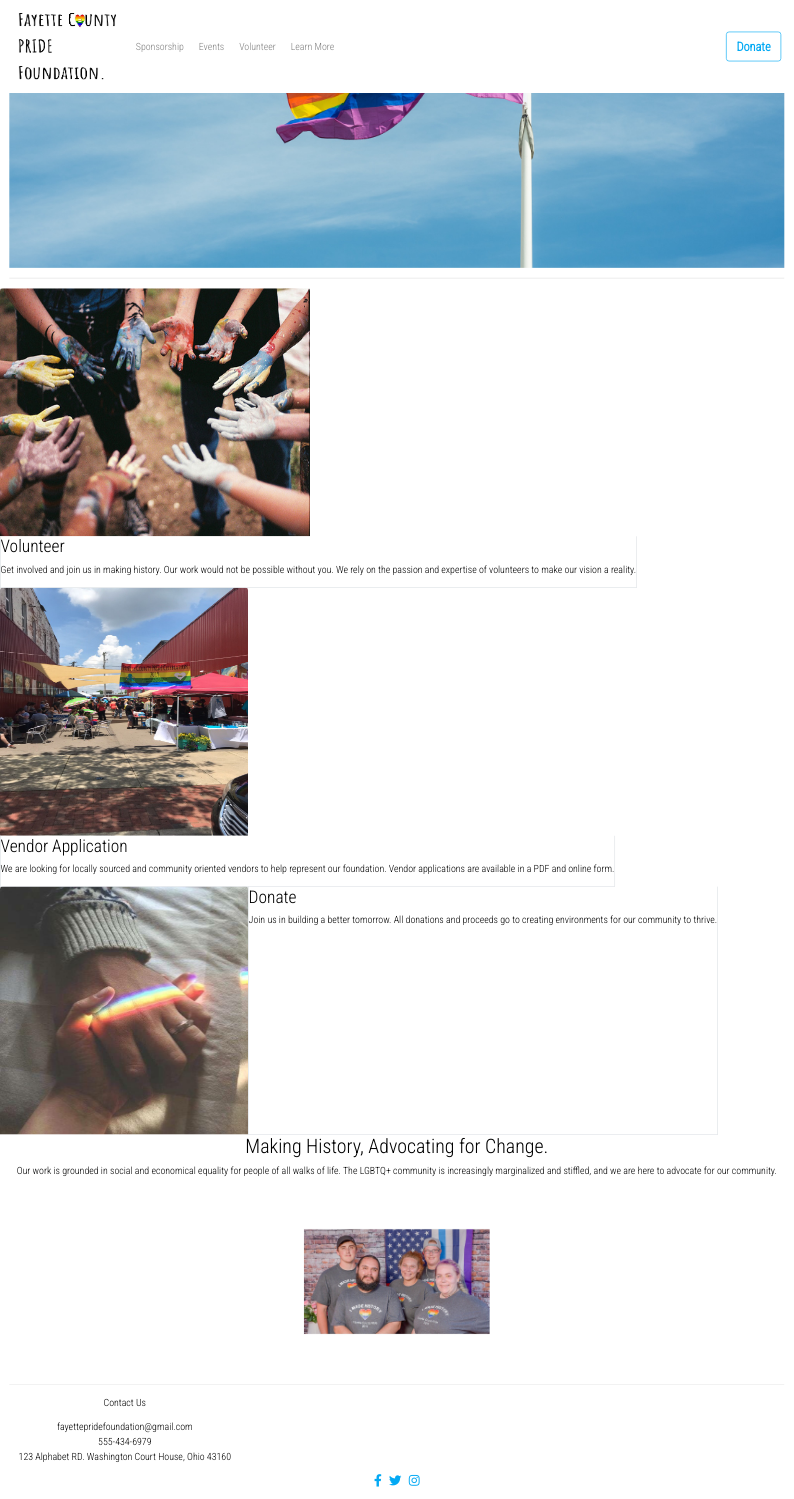
Repository: Code-Institute-Submissions/https-github.com-callendera-Milestone-Project-2
Page: index.html
The author's editor kept a record of every edit. The page is drawn from the files as they stood at one moment, then again after the next edit.
The browser window is 1280 px wide. The pictures show the whole page, at 62% of full size.
Backgrounds fixed to the window are drawn as part of the page. Some web libraries are served in a nearby version.

Above is the page before.

### index.html
<!DOCTYPE html>
<html lang="en">

<head>
    <meta charset="UTF-8">
    <meta name="viewport" content="width=device-width, initial-scale=1.0">
    <meta http-equiv="X-UA-Compatible" content="ie=edge">
    <title>Fayette County PRIDE</title>


    <link href="https://fonts.googleapis.com/css?family=Amatic+SC:700|Roboto+Condensed:300&display=swap" rel="stylesheet">

    <!--this code provides my Icons-->
    <link rel="stylesheet" href="https://use.fontawesome.com/releases/v5.8.1/css/all.css" integrity="sha384-50oBUHEmvpQ+1lW4y57PTFmhCaXp0ML5d60M1M7uH2+nqUivzIebhndOJK28anvf" crossorigin="anonymous">
    <!--this code allows me to use bootstrap styles and pieces of code-->
    <link rel="stylesheet" href="https://stackpath.bootstrapcdn.com/bootstrap/4.3.1/css/bootstrap.min.css" integrity="sha384-ggOyR0iXCbMQv3Xipma34MD+dH/1fQ784/j6cY/iJTQUOhcWr7x9JvoRxT2MZw1T" crossorigin="anonymous">

    <!--links to my style sheet: style.css-->
    <link rel="stylesheet" href="assets/css/style.css" type="text/css" />

</head>

<body>
    <!--NavBar-->

    <!--Navbar styles are given by the class names. and the navbar is fixed at the top to allow a better UX-->


    <nav class="navbar navbar-light my-navbar navbar-expand-sm fixed-top">
        <a class="navbar-brand my-navbar-brand" href="#">
    <img src="assets/images/logo.jpg" width="175" height="125" class="d-inline-block align-top" alt="Fayette County PRIDE logo">
  </a>

        <!--this code allows my navbar tp be compressed into a navbar toggler on smaller screen sizes-->
        <button class="navbar-toggler ml-auto my-navbar-toggler" type="button" data-toggle="collapse" data-target="#navbarNavDropdown" aria-controls="navbarNavDropdown" aria-expanded="false" aria-label="Toggle navigation">
            <span class="navbar-toggler-icon my-navbar-toggler-icon"></span></button>


        <!--this code targets the toggler-->
        <div class="collapse navbar-collapse" id="navbarNavDropdown">
            <!--these are my links to navigate you through the site-->
            <ul class="navbar-nav my-navbar-nav mr-auto justify-content-center">
                <li class="nav-item mr-2"><a class="nav-link my-nav-link" href="//">Sponsorship</a></li>
                <li class="nav-item mr-2"><a class="nav-link my-nav-link" href="//">Events</a></li>
                <li class="nav-item mr-2"><a class="nav-link my-nav-link" href="//">Volunteer</a></li>
                <li class="nav-item mr-6"><a class="nav-link my-nav-link" href="contact.html">Learn More</a></li>
            </ul>
            <!--This code blocks the button and text from being shown on small screens, but appears on larger screen sizes-->
            <div class="d-none d-lg-block">
                <!--gives the viewer the oportunity to become a sponsor while still browsing the site-->

                <a href="contact.html"><button type="button" class="btn btn-lg my-nav-btn btn-success my-btn">Donate</button></a>
            </div>
        </div>
    </nav>
    <!--navbar-->

    <!--CallOut-->
    <!-- this div allows for a full width container, spanning the entire width of the viewport.-->
    <div class="container-fluid">


        <!--holds the background picture for the landing page-->

        <div class="col-12 callout-container">




        </div>
        <!--callout-->
        <hr>
        <!--Involved-->
        <div class="row">
            <img src="assets/images/rainbow.jpg" width="500" height="400" class="rounded-top float-right" alt="...">
            <span class="border-top-0 border">
                <h3>Volunteer</h3>
               <p>Get involved and join us in making history. Our work would not be possible without you. We rely on the passion and expertise of volunteers to make our vision a reality.</p>
            </span>
        </div>
        <div class="row">

            <img src="assets/images/day.png" width="400" height="400" class="rounded-top float-right" alt="...">
            <span class="border-top-0 border">
                <h3>Vendor Application</h3>
             <p>We are looking for locally sourced and community oriented vendors to help represent our foundation. Vendor applications are available in a PDF and online form.</p>
            </span>
        </div>
        <div class="row">
            <img src="assets/images/holding.jpg" width="400" height="400" class="rounded-top float-right" alt="...">
            <span class="border-top-0 border">
                <h3>Donate</h3>
                <p>Join us in building a better tomorrow. All donations and proceeds go to creating environments for our community to thrive.</p>
            </span>
        </div>
        <!--<div class="row">-->
        <!-- col-4 to make the 3 divs be in 3 columns for large and medium screens, col-12 for smaller screens to have each div on its own line-->
        <!--    <div class="col-12 my-icon">-->
        <!--        <a href="//"><i class="fas fa-hands-helping volunteer-icon"></i></a>-->
        <!--        <h3>Volunteer</h3>-->
        <!--        <p>Get involved and join us in making history. Our work would not be possible without you. We rely on the passion and expertise of volunteers to make our vision a reality.</p>-->
        <!--    </div>-->
        <!--    <div class="col-12 my-icon">-->
        <!--        <a href="//"><i class="fas fa-file"></i></a>-->
        <!--        <h3>Vendor Application</h3>-->
        <!--        <p>We are looking for locally sourced and community oriented vendors to help represent our foundation. Vendor applications are available in a PDF and online form.</p>-->
        <!--    </div>-->
        <!--    <div class="col-12 my-icon">-->
        <!--        <a href="//"><i class="fas fa-donate"></i></a>-->
        <!--        <h3>Donate</h3>-->
        <!--        <p>Join us in building a better tomorrow. All donations and proceeds go to creating environments for our community to thrive.</p>-->
        <!--    </div>-->
        <!--</div>-->

        <div class="row text-center">
            <div class="col-12 history-col">
                <h2>Making History, Advocating for Change.</h2>
                <p>Our work is grounded in social and economical equality for people of all walks of life. The LGBTQ+ community is increasingly marginalized and stiffled, and we are here to advocate for our community. </p>
            </div>
            <div class="col-12">
                <img src="assets/images/group.png" width="300" height="300" class="rounded" alt="">
            </div>
        </div>



        <!--involved-->
        <hr>

        <footer>
            <div class="row text-center">


                <div class="contact-container">
                    <!--entire section gives the user the info on how to contact the band-->
                    <div class="col-12">


                        <div class="col-12">
                            <p>Contact Us
                                <p>

                                    <p>fayettepridefoundation@gmail.com</br>
                                        555-434-6979</br>
                                        123 Alphabet RD. Washington Court House, Ohio 43160
                                        <p>

                        </div>


                    </div>
                </div>
                <div class="col-12 social-container">
                    <div>



                        <!--all social media links are placed within a span to allow them to line up inline-->
                        <ul class="list-inline social-media">
                            <!--atrribute is given to make the social media symbol a link to the facebook page-->
                            <li class="list-inline-item"><a href="//" target="_blank"><i class="fab fa-facebook-f"></i>
                    <span class="sr-only">Facebook</span></a></li>
                            <!--atrribute is given to make the social media symbol a link to the twitter page-->
                            <li class="list-inline-item"><a href="//" target="_blank"><i class="fab fa-twitter"></i>
                    <span class="sr-only">Twitter</span></a></li>
                            <!--atrribute is given to make the social media symbol a link to the youtube page-->
                            <li class="list-inline-item"><a href="//" target="_blank"><i class="fab fa-instagram"></i>
                    <span class="sr-only">Instagram</span></a></li>
                        </ul>
                    </div>
                </div>
            </div>
        </footer>
        <!--contactinfo-->
    </div>
    <!--script used for DOM manipulation in modal-->
    <script src="https://code.jquery.com/jquery-3.3.1.slim.min.js" integrity="sha384-q8i/X+965DzO0rT7abK41JStQIAqVgRVzpbzo5smXKp4YfRvH+8abtTE1Pi6jizo" crossorigin="anonymous"></script>

    <!--positioning engine, used throughout webpage-->
    <script src="https://cdnjs.cloudflare.com/ajax/libs/popper.js/1.14.7/umd/popper.min.js" integrity="sha384-UO2eT0CpHqdSJQ6hJty5KVphtPhzWj9WO1clHTMGa3JDZwrnQq4sF86dIHNDz0W1" crossorigin="anonymous"></script>

    <!--script needed to link my bootstrap classes-->
    <script src="https://stackpath.bootstrapcdn.com/bootstrap/4.3.1/js/bootstrap.min.js" integrity="sha384-JjSmVgyd0p3pXB1rRibZUAYoIIy6OrQ6VrjIEaFf/nJGzIxFDsf4x0xIM+B07jRM" crossorigin="anonymous"></script>

    </div>

</body>

</html>

### assets/css/style.css

/*--Background Styles--*/
body {
    font-family: 'Roboto Condensed', sans-serif;

    background-color: #ffffff;
    color: black;
}

.callout-container {
    /*--- sets background image for callout container. it is set to not repeat, so the image doesnt stretch, and the image will be centered horizontally and pushed to the top of the container. the background will also not scroll, but remained positioned so things will scroll past it---*/
    background: url("../images/flag.jpg")no-repeat center center fixed;
    /*--- adjusts background for different browsers ---*/
    -webkit-background-size: cover;
    -moz-background-size: cover;
    -o-background-size: cover;
    background-size: cover;

    /*--- makes the background fit to the container ---*/
    overflow: hidden;

    /*--- aligns and justifies text in container ---*/
    align-items: center;
    justify-content: center;
    /*--- the height that container will take up in the viewport ---*/
    height: 60vh;

}

.involved-container {
    color: black;
    padding-top: 500px;

    /*--- makes the background fit to the container ---*/
    overflow: hidden;

    /*--- aligns and justifies text in container ---*/
    align-items: center;
    justify-content: center;
    /*--- the height that container will take up in the viewport ---*/
    height: 60vh;

}

.opaque-overlay {
    /*---positioned relative to the nearest positioned ancestor---*/
    position: absolute;
    top: 0;
    left: 0;
    /*--- size of overlay to just cover background image ---*/
    height: 100%;
    width: 100%;
    /*--- color of background to be grey but almost transparent to make white text stand out ---*/
    background-color: rgba(0, 0, 0, 0.55);

    /*---pulls content forward to be visible on Z-index axis---*/
    z-index: 1;

}

/*--Navbar Styles--*/

.my-navbar {
    font-family: 'Roboto Condensed', sans-serif;

    /*--- removes margins automatically set by bootstrap ---*/
    margin: 0;
    /*--- removes padding automatically set by bootstrap ---*/
    padding-left: 20px;
    padding-right: 20px;
    padding-bottom: 0;
    padding-top: 0;
    background-color: #ffffff;
    /*--- color of text white ---*/

    height: 150px;
}

.my-navbar-nav {
    /*--- removes padding automatically set by bootstrap ---*/
    padding-left: 30px;
    /*--- color of text white ---*/


}



.my-nav-link {
    /*--- color of text white ---*/
    color: black;
    /*--- color change transition when hovering over my-nav-link ---*/
    transition: all 0.40s ease-in-out;
    -moz-transition: all 0.40s ease-in-out;
    -webkit-transition: all 0.40s ease-in-out;
    -o-transition: all 0.40s ease-in-out;
    /*--- adjustments for each web browser ---*/
}


.my-navbar-toggler {
    /*--- display to fill contents ---*/
    display: contents;
    width: 2em;
    height: 2em;
    /*--- aligns to fit toggler container ---*/
    vertical-align: middle;
    /*--- content aligned according to parent element ---*/
    content: "";
    /*--- toggler doesn't repeat and it center to container ---*/
    background: no-repeat center center;
    /*--- toggler 100% of toggler container ---*/
    background-size: 100% 100%;

    /*--- color of text white ---*/
    color: black;
    /*--- removes margins automatically set by bootstrap ---*/
    margin-right: 30px;
}

.my-navbar-toggler-icon {
    /*--- color of icon white ---*/
    color: black;

}

.my-navbar-brand {
    font-family: 'Amatic SC', cursive;

}

/*--Buttons--*/

.my-btn {
    /*---blue color--*/
    background-color: #28a74500;
    border-color: #03A9F4;
    color: #03A9F4;
    font-weight: 800;
}

.my-btn:hover {
    /*--- color of background: blue ---*/
    background-color: #03A9F4;
    /*--- when mouse is hovered the button will transition for .40seconds to a darker green color. the color will gradually ease in and then ease out. ---*/
    transition: all 0.40s ease-in-out;
    -moz-transition: all 0.40s ease-in-out;
    -webkit-transition: all 0.40s ease-in-out;
    -o-transition: all 0.40s ease-in-out;
    /*--- adjustments for each web browser ---*/
}

.social-media i {
    /*---blue color--*/
    color: #03A9F4;
    font-size: 20px;
}

.social-media i:hover {
 /*--- color of background: darker green ---*/
    color: #2567ae;
    /*--- when mouse is hovered the button will transition for .40seconds to a darker green color. the color will gradually ease in and then ease out. ---*/
    transition: all 0.40s ease-in-out;
    -moz-transition: all 0.40s ease-in-out;
    -webkit-transition: all 0.40s ease-in-out;
    -o-transition: all 0.40s ease-in-out;
    /*--- adjustments for each web browser ---*/
}


.my-icon i {
    /*---blue color--*/
     color:  #03A9F4;
    font-size: 50px;
}
.my-icon i:hover {
     /*--- color of background: darker blue ---*/
    color: #2567ae;
    /*--- when mouse is hovered the button will transition for .40seconds to a darker blue color. the color will gradually ease in and then ease out. ---*/
    transition: all 0.40s ease-in-out;
    -moz-transition: all 0.40s ease-in-out;
    -webkit-transition: all 0.40s ease-in-out;
    -o-transition: all 0.40s ease-in-out;
    /*--- adjustments for each web browser ---*/
}

/*---MISC.--*/

.involved-container {
    padding: 0px;
}

.cover-heading {
    font-family: 'Amatic SC', cursive;
    font-size: 100px;
    padding-top: 100px;

}

/*---Media Queries--*/

@media (min-width: 576px){
    .my-navbar-nav {
    padding-left: 0px;
}

.opaque-overlay {
   height: 60vh;

}

.involved-container {
    padding: 0px;
}



}

@media (min-width: 992px) {

}

@media (min-width: 1200px){

.opaque-overlay {
   height: 90vh;

}


}

After the next edit:
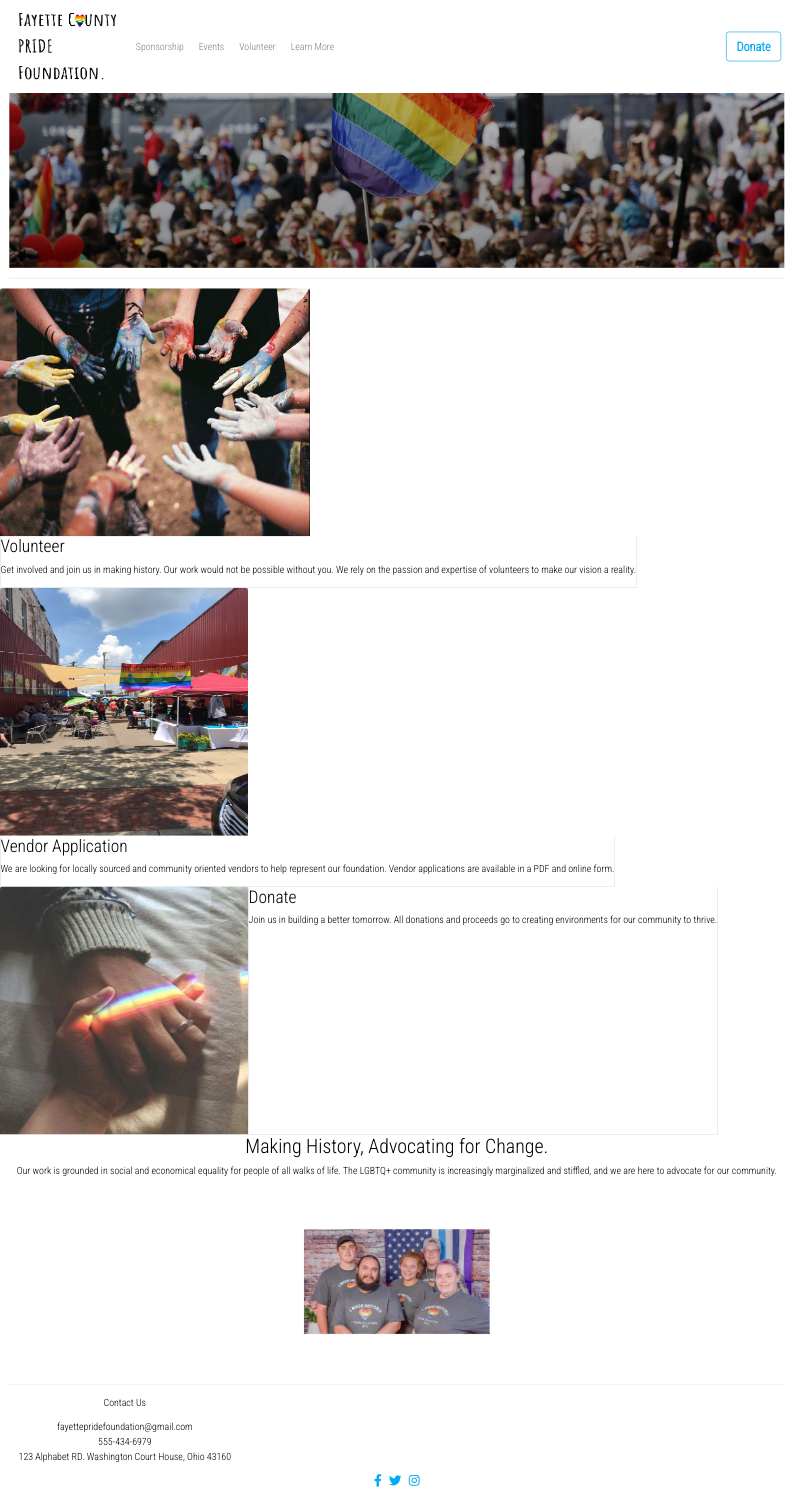
The edit:
--- a/assets/css/style.css
+++ b/assets/css/style.css
@@ -9,7 +9,7 @@
 
 .callout-container {
     /*--- sets background image for callout container. it is set to not repeat, so the image doesnt stretch, and the image will be centered horizontally and pushed to the top of the container. the background will also not scroll, but remained positioned so things will scroll past it---*/
-    background: url("../images/flag.jpg")no-repeat center center fixed;
+    background: url("../images/crowd.jpg")no-repeat center center fixed;
     /*--- adjusts background for different browsers ---*/
     -webkit-background-size: cover;
     -moz-background-size: cover;
